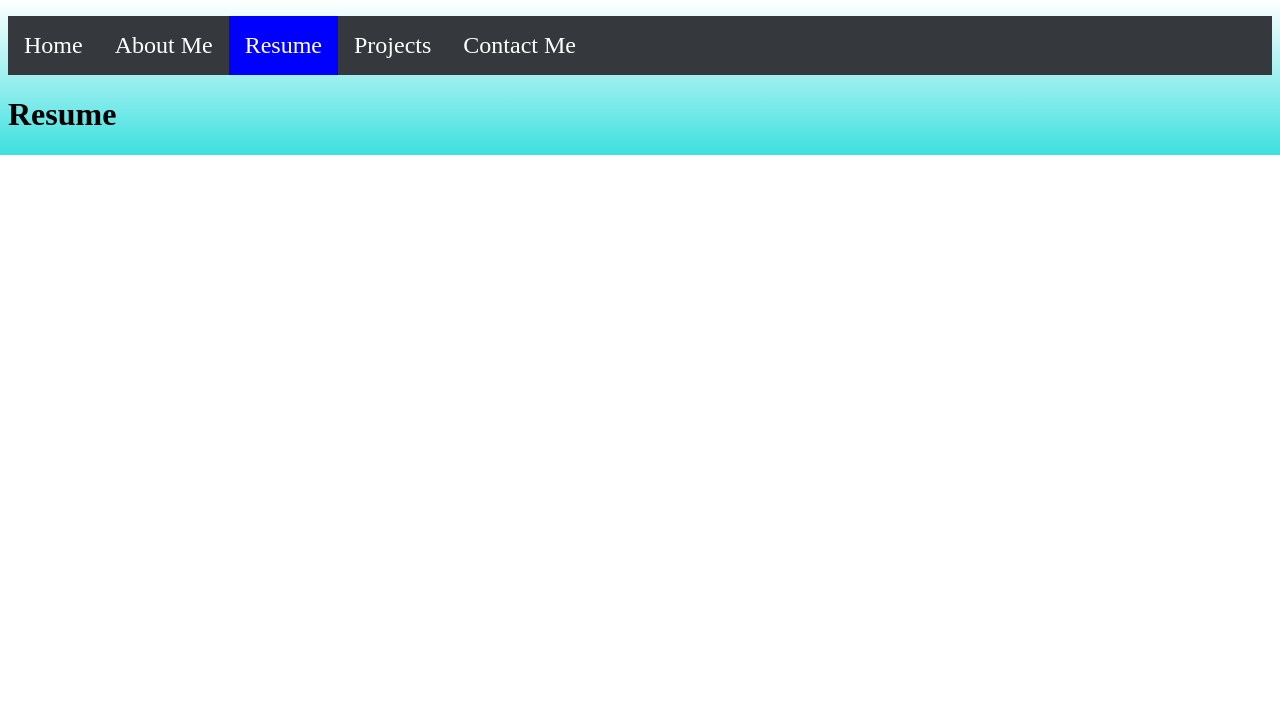
Repository: MasonSingleterry/MasonSingleterry.github.io
Page: resume.html
The author's editor kept a record of every edit. The page is drawn from the files as they stood at one moment, then again after the next edit.
The browser window is 1280 px wide. The pictures show the whole page.

Above is the page before.

### resume.html
<!DOCTYPE html>
<html>
    <head>
        <title>Resume</title>
        <link rel = "stylesheet" type = "text/css" href = "style.css"
    </head>
    <body class = "body">
        <ul class = "navbar">
            <li><a href = "/index.html">Home</a></li>
            <li><a href = "aboutme.html">About Me</a></li>
            <li class = "active"><a href = "resume.html">Resume</a></li>
            <li class = "dropdown">
                <div>Projects</div>
                <ul class = "dropdown-content">
                    <li><a href = "#">project 1</a></li>
                    <li><a href = "#">project 2</a></li>
                    <li><a href = "#">project 3</a></li>
                </ul>
            </li>
            <li><a href = "contactme.html">Contact Me</a></li>
        </ul>
        <h1>Resume</h1>
    </body>
</html>

### style.css
            .body {
                background: rgb(60,224,223);
                background: linear-gradient(0deg, rgba(60,224,223,1) 0%, rgba(255,255,255,1) 100%);
                background-repeat: no-repeat;
                background-size: contain;
                color: #00000;
            }

            .navbar {
                list-style: none;
                background-color: #35383d;
                overflow: hidden;
                padding: 0;
            }

            .navbar a, .dropdown div {
                text-decoration: none;
                color: #ffffff;
                font-size: 24px;
                padding: 16px;
                display: inline-block;
            }

            .navbar li {
                float: left;
            }

            .navbar li:hover {
                background-color: #7FFF00;
            }

            .dropdown-content {
                list-style: none;
                padding: 0;
                display: none;
                position: absolute;
                Z-index: 1;
            }
            .dropdown-content li {
                background-color: #35383d;
                float: none;
            }

            .dropdown:hover .dropdown-content {
                display: block;
            }

            .active {
                background-color: blue;
            }

After the next edit:
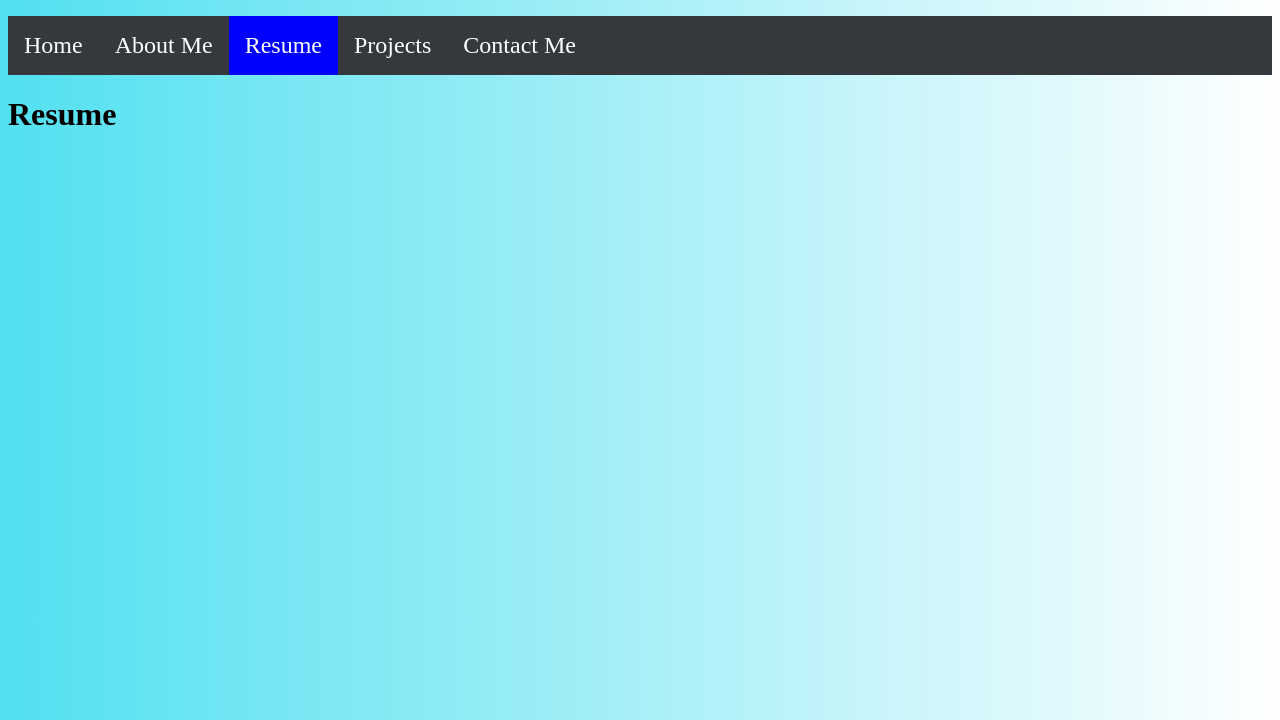
The edit:
--- a/style.css
+++ b/style.css
@@ -1,8 +1,5 @@
             .body {
-                background: rgb(60,224,223);
-                background: linear-gradient(0deg, rgba(60,224,223,1) 0%, rgba(255,255,255,1) 100%);
-                background-repeat: no-repeat;
-                background-size: contain;
+                background-image: linear-gradient(90deg, #51e0f0,  #FFFFFF);
                 color: #00000;
             }
 
